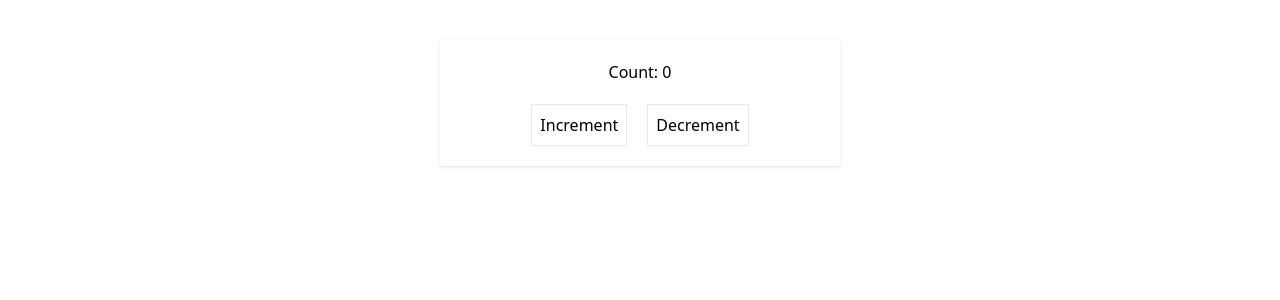
Repository: hoang0508/Learn-Redux-Evon
Page: /
The author's editor kept a copy of each file at every save. The page is drawn from the files as they stood at one save, then again after the next save.
The browser window is 1280 px wide. The pictures show the whole page.
The project was rebuilt for these pictures with package versions that can differ from the ones it lists, and the page was loaded fresh each time. Also part of the build but not shown: src/App.css.

Above is the page before, as saved 2022-06-16 08:56:08.

After the next save:
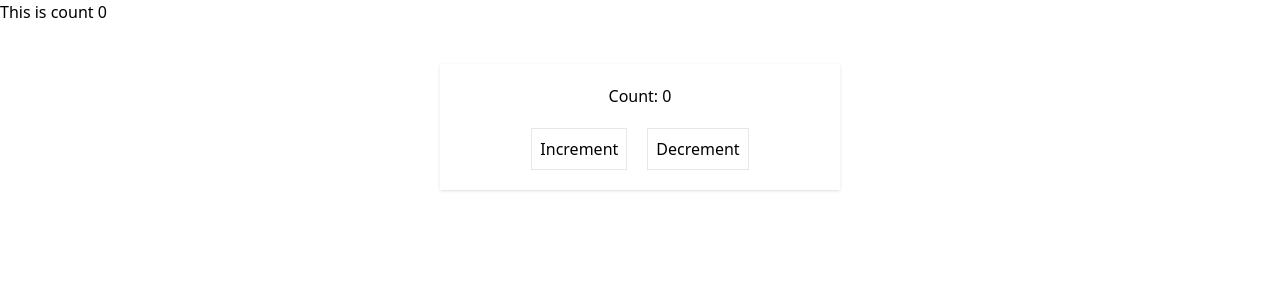
Saved 5 min 28 s later.
--- a/src/App.js
+++ b/src/App.js
@@ -1,11 +1,13 @@
-import React from "react";
+import React, { useState } from "react";
 import "./App.css";
 import Counter from "./components/Counter";
 
 function App() {
+  const [count, setCount] = useState(0);
   return (
     <>
-      <Counter />
+      <h2>This is count {count}</h2>
+      <Counter count={count} setCount={setCount} />
     </>
   );
 }
